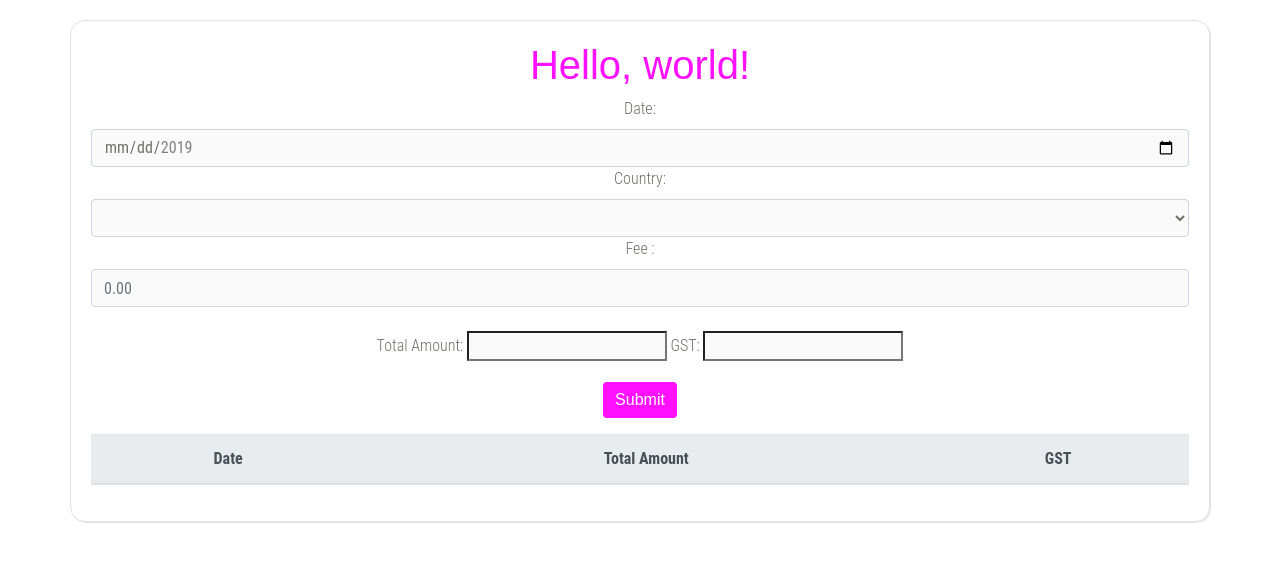
Repository: yucheng91/feesubmissionform
Page: http://localhost/
The author's editor kept a record of every edit. The page is drawn from the files as they stood at one moment, then again after the next edit.
The browser window is 1280 px wide. The pictures show the whole page.
The page is served by the project's application, run on Flask 3 (app.py). Queries for data that is not in the repository find no rows.

Above is the page before.

After the next edit:
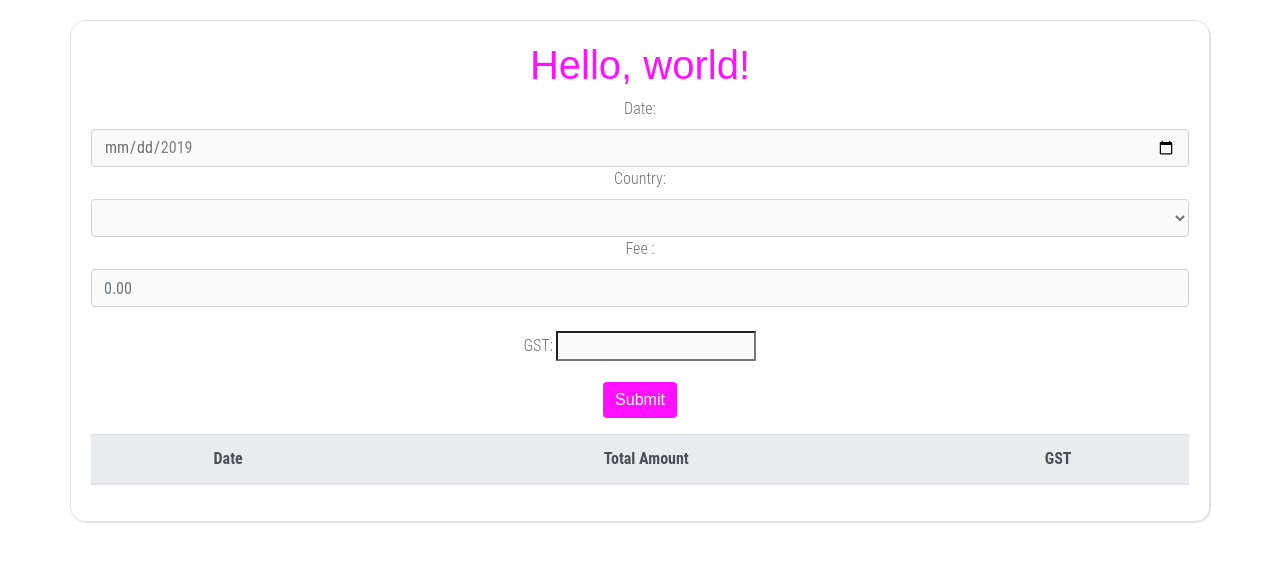
The edit:
--- a/templates/index.html
+++ b/templates/index.html
@@ -50,10 +50,7 @@
 
                 </div>
               </div>
-                <label class='label' >
-                  Total Amount:
-                </label>
-                <input type="number" name="totalfee" readonly>
+
                 <label class='label' >
                   GST:
                 </label>
